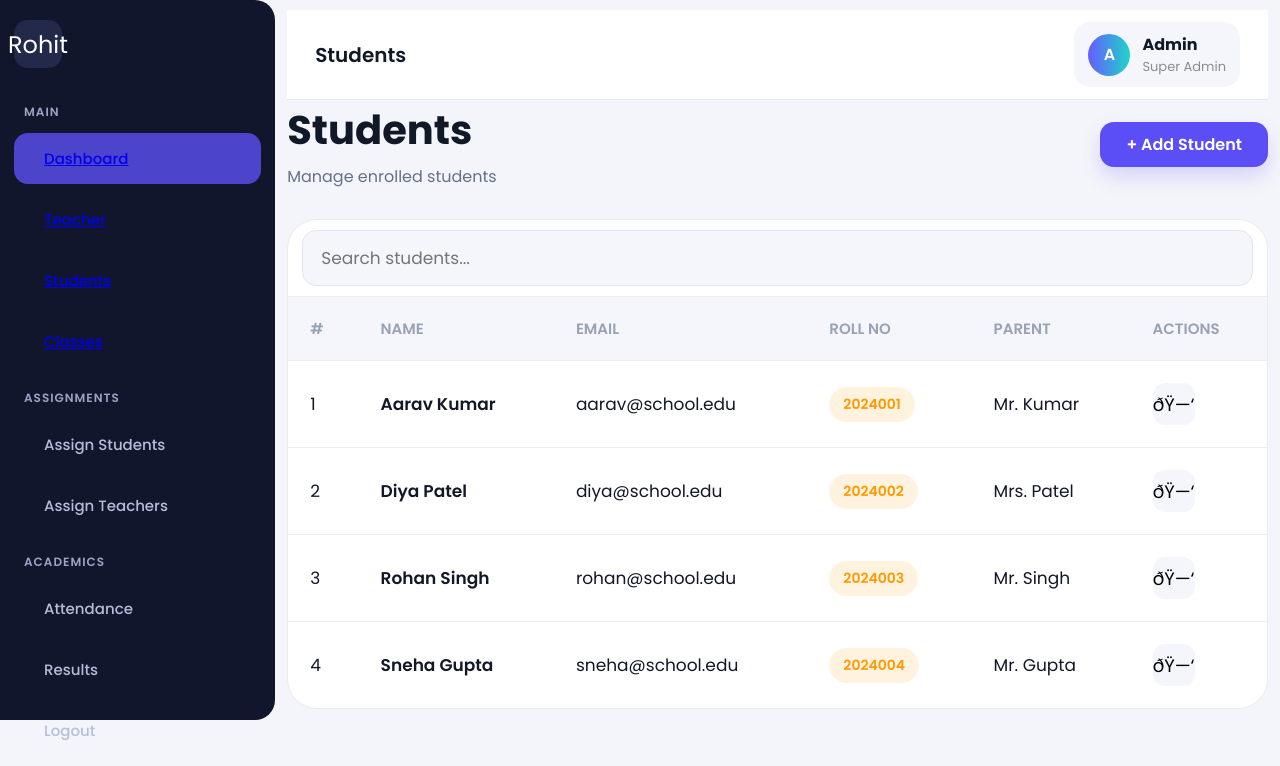
Repository: rohit-rk-07/school_management_system
Page: http://localhost/School_Management_System/student.jsp
An editor plug-in stored every save of this project. The page is shown before and after the next save, followed by the edit.
The browser window is 1280 px wide. The pictures show the whole page.
The page is served by Tomcat 10.

Above is the page before, as saved 2026-05-20 09:43:48.
Console error: TypeError: Cannot read properties of null (reading 'addEventListener')

After the next save:
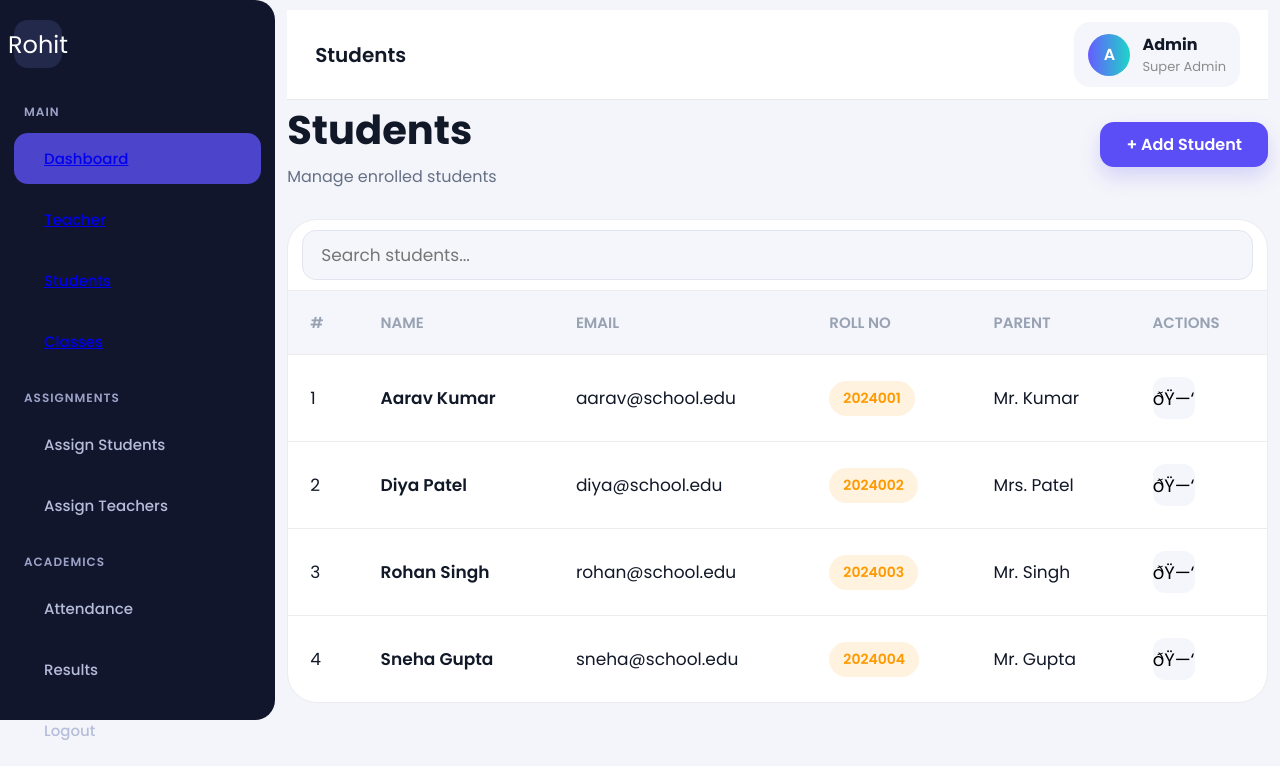
Saved 28 s later.
--- a/School_Management_System/src/main/webapp/student.jsp
+++ b/School_Management_System/src/main/webapp/student.jsp
@@ -145,7 +145,7 @@
 
         .studentSearchInput{
             width:100%;
-            height:56px;
+            height:50px;
             border:none;
             outline:none;
             background:#f5f6fb;
